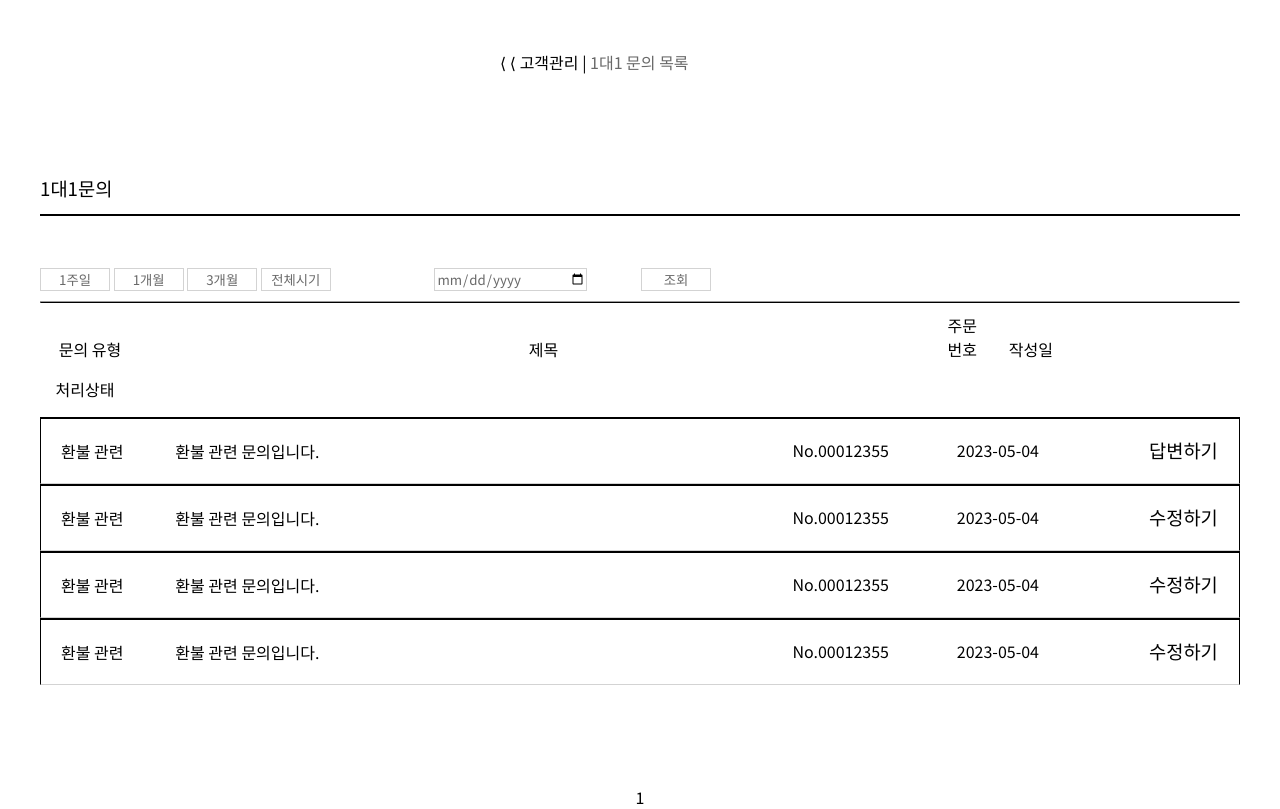
Repository: mcw9503/PassionForFashion
Page: Semi_Project/src/main/webapp/WEB-INF/QnaPage.html
An editor plug-in stored every save of this project. The page is shown before and after the next save, followed by the edit.
The browser window is 1280 px wide. The pictures show the whole page.

Above is the page before, as saved 2023-05-07 08:46:14.

After the next save:
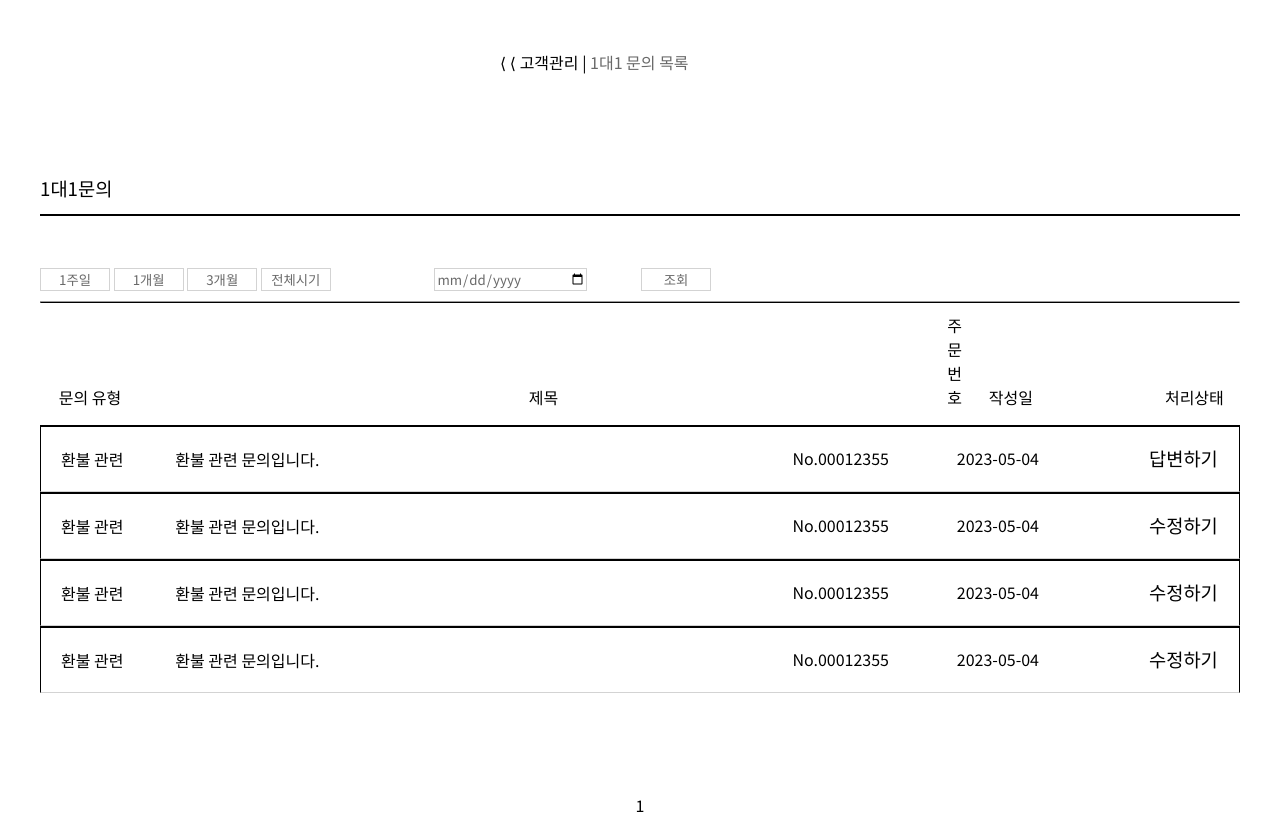
Saved 10 s later.
--- a/Semi_Project/src/main/webapp/WEB-INF/QnaPage.html
+++ b/Semi_Project/src/main/webapp/WEB-INF/QnaPage.html
@@ -136,7 +136,7 @@ div form input:active {
 		<div style="display: inline-block; text-align: center; width: 800px; height: 40px;">
 			<p> 제목 </p>
 		</div>
-		<div style="display: inline-block; text-align: center; width: 30px; height: 40px;">
+		<div style="display: inline-block; text-align: center; width: 10px; height: 40px;">
 			<p> 주문번호 </p>
 		</div>
 		<div style="display: inline-block; text-align: center; width: 100px; height: 40px; margin-right: 85px;">
